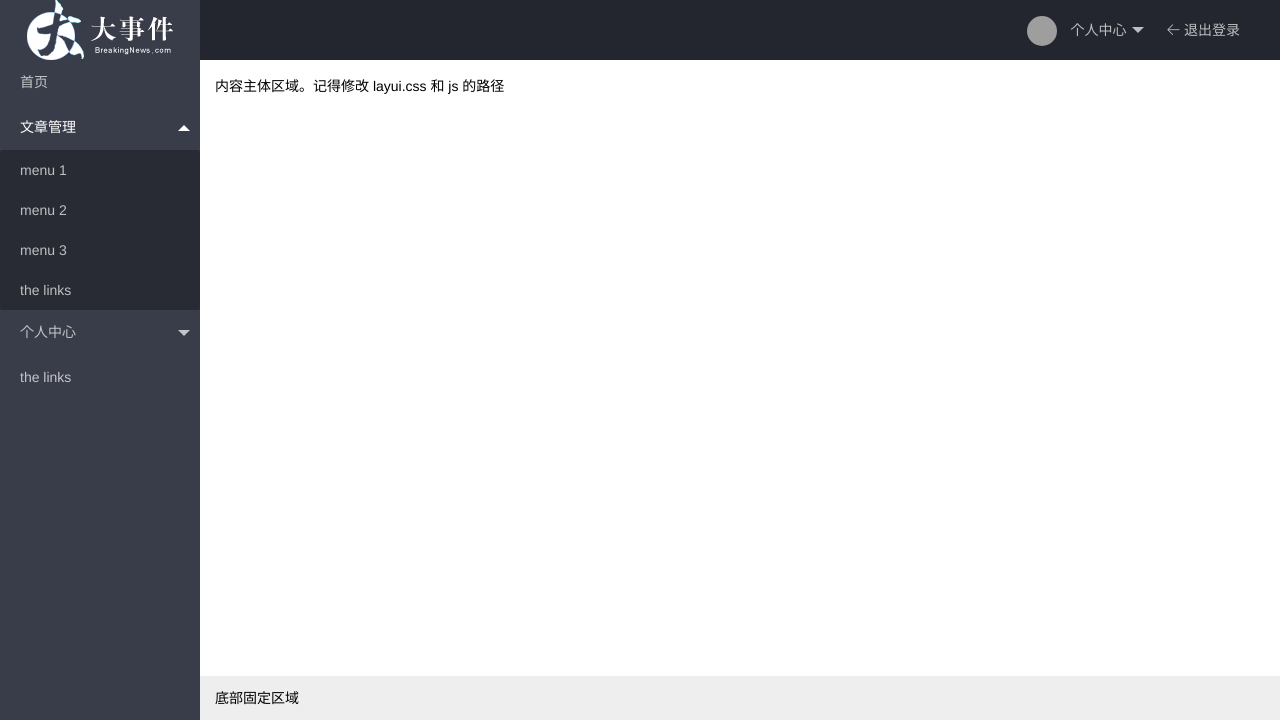
Repository: R1Deemo/Main-project
Page: index.html
The author's editor kept a copy of each file at every save. The page is drawn from the files as they stood at one save, then again after the next save.
The browser window is 1280 px wide. The pictures show the whole page.
Pictures or frames that could not be fetched are drawn as grey boxes.

Above is the page before, as saved 2022-10-30 17:23:59.

### index.html
<!DOCTYPE html>
<html>

<head>
    <meta charset="utf-8">
    <meta name="viewport" content="width=device-width, initial-scale=1, maximum-scale=1">
    <title>layout 管理系统大布局 - Layui</title>
    <link rel="stylesheet" href="/assets/lib/layui/css/layui.css">
    <link rel="stylesheet" href="/assets/css/index.css">
</head>

<body>
    <div class="layui-layout layui-layout-admin">
        <div class="layui-header">
            <div class="layui-logo layui-hide-xs layui-bg-black" id="logo"></div>
            <!-- 头部区域（可配合layui 已有的水平导航） -->
            <ul class="layui-nav layui-layout-left">
                <!-- 移动端显示 -->
                <li class="layui-nav-item layui-show-xs-inline-block layui-hide-sm" lay-header-event="menuLeft">
                    <i class="layui-icon layui-icon-spread-left"></i>
                </li>


                <li class="layui-nav-item">

                    <dl class="layui-nav-child">
                        <dd><a href="">menu 11</a></dd>
                        <dd><a href="">menu 22</a></dd>
                        <dd><a href="">menu 33</a></dd>
                    </dl>
                </li>
            </ul>
            <ul class="layui-nav layui-layout-right">
                <li class="layui-nav-item layui-hide layui-show-md-inline-block">
                    <a href="javascript:;">
                        <img src="//tva1.sinaimg.cn/crop.0.0.118.118.180/5db11ff4gw1e77d3nqrv8j203b03cweg.jpg" class="layui-nav-img"> 个人中心
                    </a>
                    <dl class="layui-nav-child">
                        <dd><a href="">基本资料</a></dd>
                        <dd><a href="">更换头像</a></dd>
                        <dd><a href="">重置密码</a></dd>
                    </dl>
                </li>
                <li class="layui-nav-item" lay-header-event="menuRight" lay-unselect>
                    <a href="javascript:;">
                        <i class="layui-icon layui-icon-return"> 退出登录</i>
                    </a>
                </li>
            </ul>
        </div>

        <div class="layui-side layui-bg-black">
            <div class="layui-side-scroll">
                <!-- 左侧导航区域（可配合layui已有的垂直导航） -->
                <ul class="layui-nav layui-nav-tree" lay-filter="test">
                    <li class="layui-nav-item"><a href="javascript:;">首页</a></li>
                    <li class="layui-nav-item layui-nav-itemed">
                        <a class="" href="javascript:;">文章管理</a>
                        <dl class="layui-nav-child">
                            <dd><a href="javascript:;">menu 1</a></dd>
                            <dd><a href="javascript:;">menu 2</a></dd>
                            <dd><a href="javascript:;">menu 3</a></dd>
                            <dd><a href="">the links</a></dd>
                        </dl>
                    </li>
                    <li class="layui-nav-item">
                        <a href="javascript:;">个人中心</a>
                        <dl class="layui-nav-child">
                            <dd><a href="javascript:;">list 1</a></dd>
                            <dd><a href="javascript:;">list 2</a></dd>
                            <dd><a href="">超链接</a></dd>
                        </dl>
                    </li>

                    <li class="layui-nav-item"><a href="">the links</a></li>
                </ul>
            </div>
        </div>

        <div class="layui-body">
            <!-- 内容主体区域 -->
            <div style="padding: 15px;">内容主体区域。记得修改 layui.css 和 js 的路径</div>
        </div>

        <div class="layui-footer">
            <!-- 底部固定区域 -->
            底部固定区域
        </div>
    </div>
    <script src="/assets/lib/layui/layui.all.js"></script>

</body>

</html>

### assets/css/index.css
#logo {
    background: url(/assets/images/logo.png) no-repeat center;
}

Loaded but not shown: assets/lib/layui/css/layui.css (library); assets/lib/layui/layui.all.js (library); assets/lib/layui/css/modules/laydate/default/laydate.css (library); assets/lib/layui/css/modules/layer/default/layer.css (library); assets/lib/layui/css/modules/code.css (common file)

After the next save:
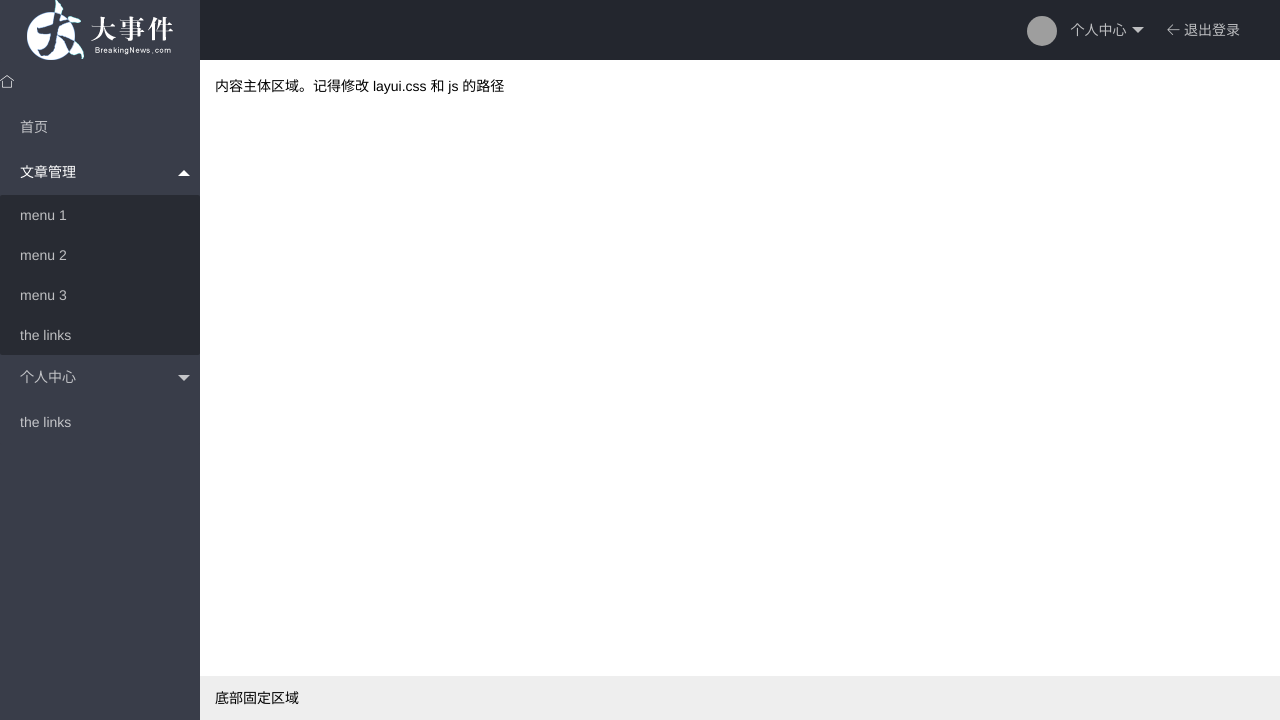
Saved 50 s later.
--- a/index.html
+++ b/index.html
@@ -53,7 +53,7 @@
             <div class="layui-side-scroll">
                 <!-- 左侧导航区域（可配合layui已有的垂直导航） -->
                 <ul class="layui-nav layui-nav-tree" lay-filter="test">
-                    <li class="layui-nav-item"><a href="javascript:;">首页</a></li>
+                    <li class="layui-nav-item"> <i class="layui-icon layui-icon-home"> <a href="javascript:;">首页</a></i></li>
                     <li class="layui-nav-item layui-nav-itemed">
                         <a class="" href="javascript:;">文章管理</a>
                         <dl class="layui-nav-child">

After the save that followed:
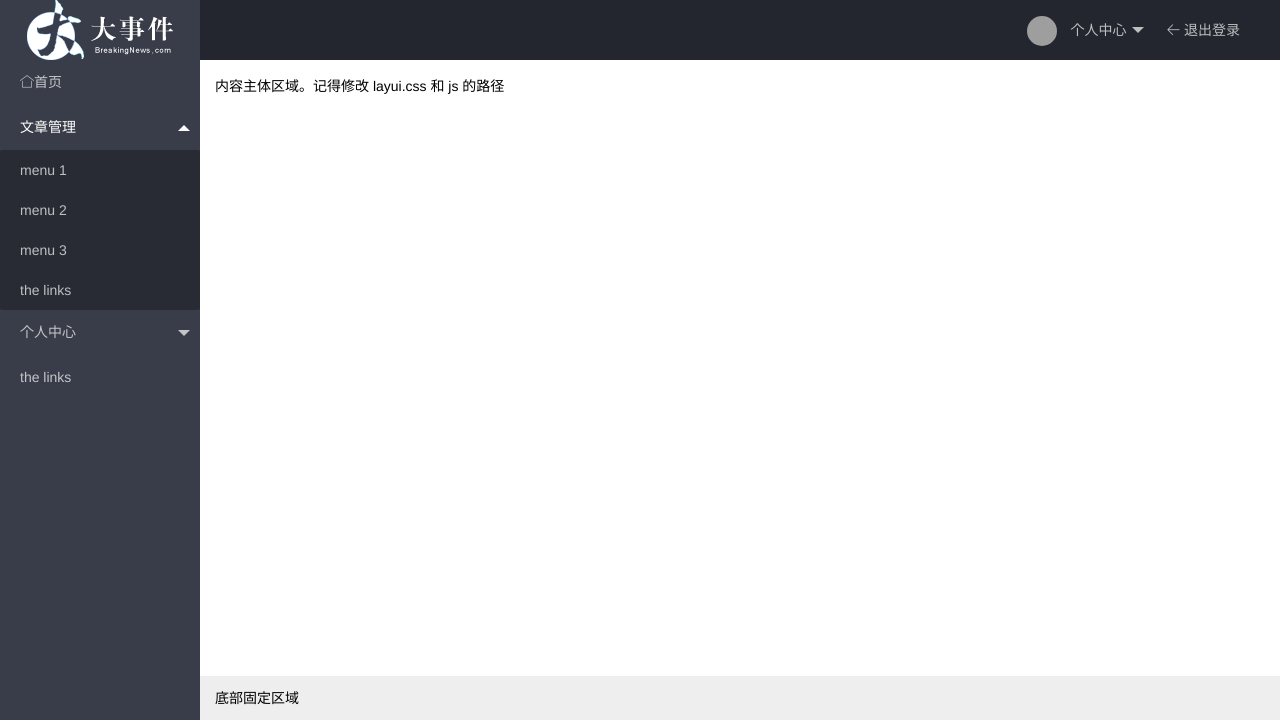
Saved 36 s later.
--- a/index.html
+++ b/index.html
@@ -53,7 +53,7 @@
             <div class="layui-side-scroll">
                 <!-- 左侧导航区域（可配合layui已有的垂直导航） -->
                 <ul class="layui-nav layui-nav-tree" lay-filter="test">
-                    <li class="layui-nav-item"> <i class="layui-icon layui-icon-home"> <a href="javascript:;">首页</a></i></li>
+                    <li class="layui-nav-item"> <a href="javascript:;"><i class="layui-icon layui-icon-home">首页</i></a></li>
                     <li class="layui-nav-item layui-nav-itemed">
                         <a class="" href="javascript:;">文章管理</a>
                         <dl class="layui-nav-child">
